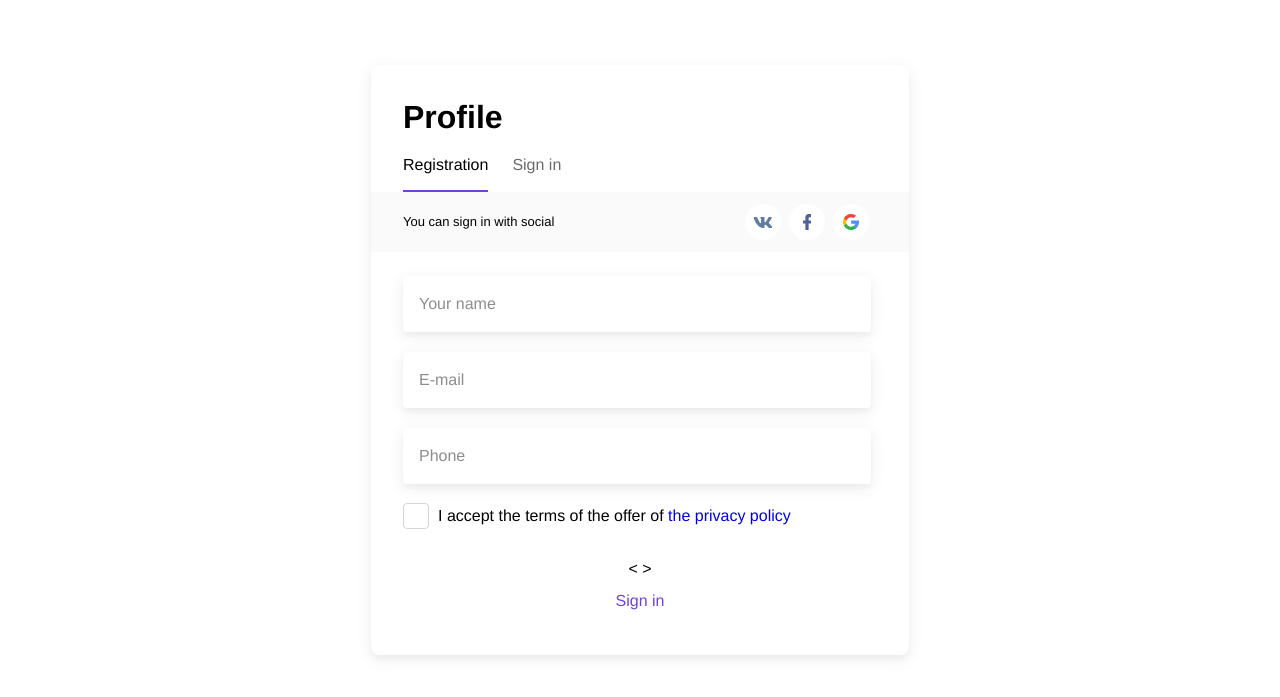
Repository: skydevil1604/vue-test-app
Page: /
The author's editor kept a copy of each file at every save. The page is drawn from the files as they stood at one save, then again after the next save.
The browser window is 1280 px wide. The pictures show the whole page.
The project was rebuilt for these pictures with package versions that can differ from the ones it lists, and the page was loaded fresh each time.

Above is the page before, as saved 2020-04-06 17:51:29.

After the next save:
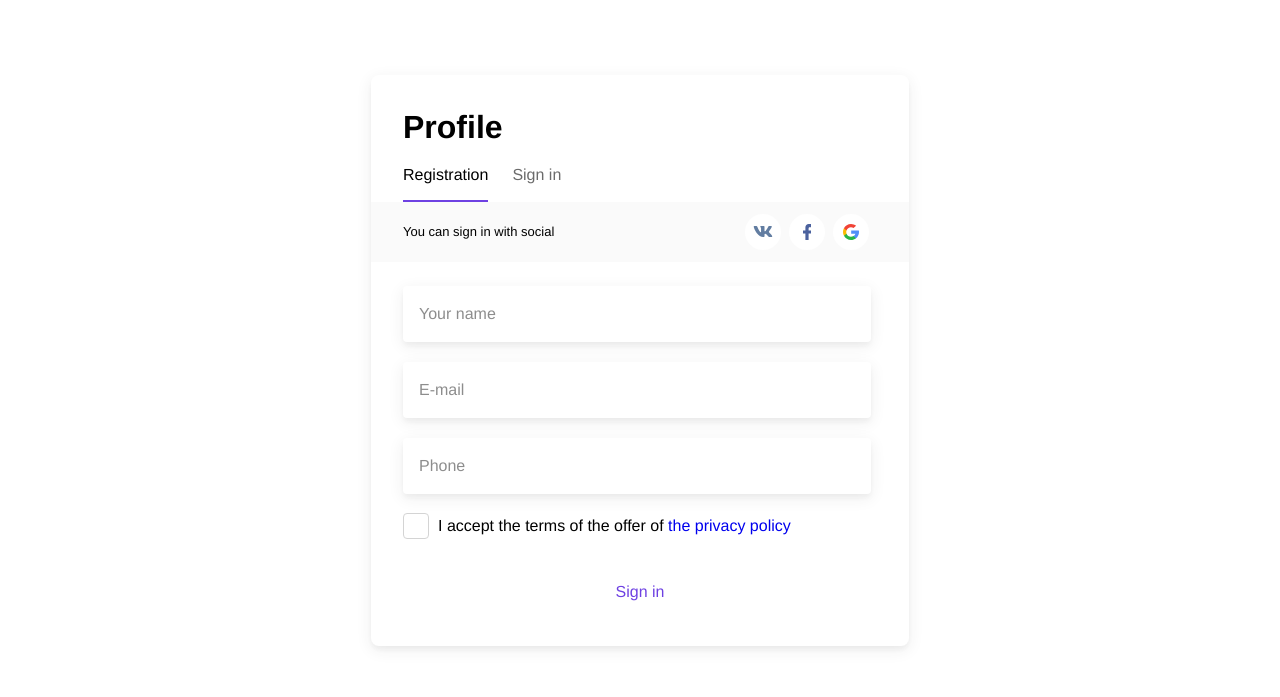
Saved 74 s later.
--- a/src/components/Registration.vue
+++ b/src/components/Registration.vue
@@ -34,7 +34,7 @@
           I accept the terms of the offer of <a href="#">the privacy policy</a>
         </label>
       </div>
-      <<router-link to="/main-page" class="button button--main" type="submit" tag="button">Registration</router-link> >
+      <router-link to="/main-page" class="button button--main" type="submit" tag="button">Registration</router-link>
       <button class="button button--secondary" href="%23sign-in" >Sign in</button>
     </form>
   </div>
